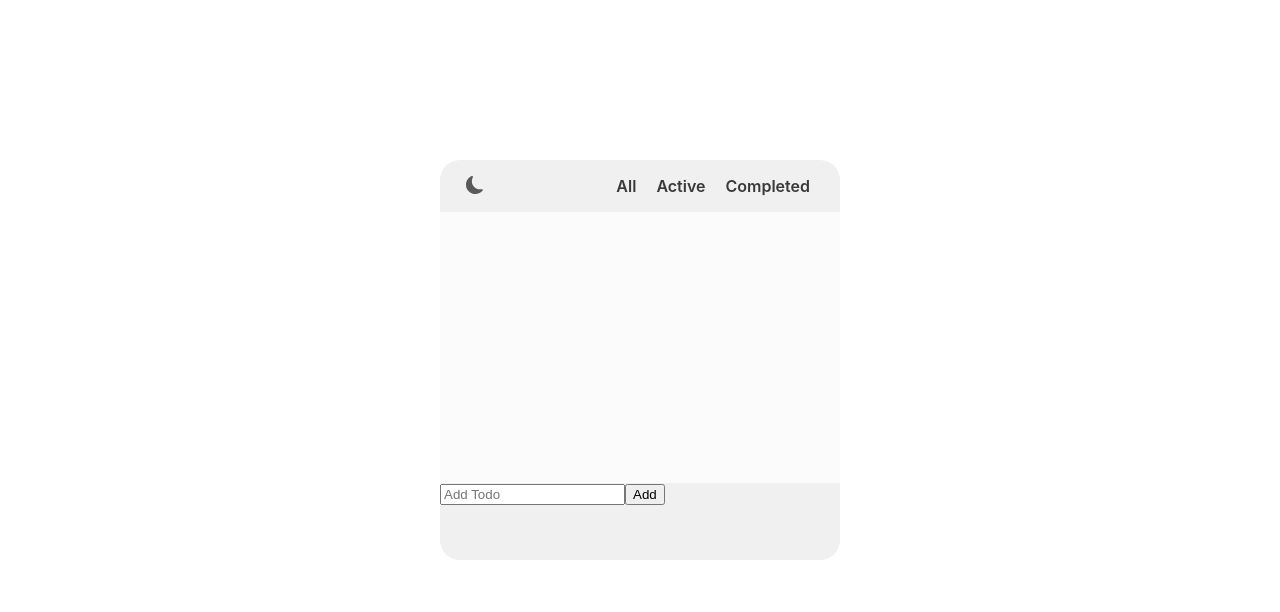
Repository: momo0170/react_todolist
Page: /
These files come from the project's save history. The page is drawn as it stood at one moment and after the next save; the edit follows.
The browser window is 1280 px wide. The pictures show the whole page.
The project was rebuilt for these pictures with package versions that can differ from the ones it lists, and the page was loaded fresh each time. Also part of the build but not shown: src/css/Todo.module.css, src/components/Todo.jsx.

Above is the page before, as saved 2022-11-02 12:55:53.

### src/index.css
body {
  margin: 0;
  font-family: -apple-system, BlinkMacSystemFont, 'Segoe UI', 'Roboto', 'Oxygen',
    'Ubuntu', 'Cantarell', 'Fira Sans', 'Droid Sans', 'Helvetica Neue',
    sans-serif;
  -webkit-font-smoothing: antialiased;
  -moz-osx-font-smoothing: grayscale;
  height: 100vh;
  display: flex;
  justify-content: center;
  align-items: center;
}

code {
  font-family: source-code-pro, Menlo, Monaco, Consolas, 'Courier New',
    monospace;
}

### src/App.jsx
import styles from './App.module.css';
import { BsMoonFill, BsSun } from 'react-icons/bs';
import { useEffect, useRef, useState } from 'react';
import Todo from './components/Todo';

function App() {
  const [todos, setTodos] = useState([]);
  const onSubmit = (e) => {
    console.log(e);
    e.preventDefault();
    if (e.target[0].value !== '') {
      setTodos([...todos, { id: todos.length + 1, name: e.target[0].value }]);
      e.target[0].value = '';
    }
  };

  const onChange = (e) => {
    console.log(e.target.value);
  };
  const onDelete = (targetId) => {
    setTodos((prev) => prev.filter((todo) => todo.id !== targetId));
  };

  console.log(todos);

  return (
    <div className={styles.container}>
      <header className={styles.header}>
        <button className={styles.modeBtn}>
          <BsMoonFill size="18" color="#595959" />
        </button>
        <ul className={styles.filter}>
          <li>All</li>
          <li>Active</li>
          <li>Completed</li>
        </ul>
      </header>
      <main className={styles.main}>
        {todos.map((todo) => (
          <li className={styles.list} key={todo.id}>
            <Todo todo={todo} onDelete={onDelete} />
          </li>
        ))}
      </main>
      <footer className={styles.footer}>
        <form className={styles.form} onSubmit={onSubmit}>
          <input
            type="text"
            placeholder="Add Todo"
            className={styles.input}
            onChange={onChange}
          />
          <button className={styles.addBtn}>Add</button>
        </form>
      </footer>
    </div>
  );
}

export default App;

### src/App.module.css
.container {
  display: flex;
  flex-direction: column;

  border-radius: 20px;
  width: 400px;
  height: 400px;
}

.header {
  display: flex;
  background-color: #f0f0f0;
  border-radius: 20px 20px 0 0;
  justify-content: space-between;
  padding: 0 20px;
}
.modeBtn {
  border: 0;
  background-color: transparent;
}
.filter {
  list-style: none;
  display: flex;
  padding: 0;
}
.filter li {
  margin: 0 10px;
  cursor: pointer;
  font-weight: 600;
  color: #393939;
}

.main {
  flex: 1 1 70%;
  background-color: #fbfbfb;
}

.footer {
  flex: 1 1 20%;
  background-color: #f0f0f0;
  border-radius: 0 0 20px 20px;
}

Loaded but not shown: public/index.html (common file); src/index.js (common file); src/reportWebVitals.js (common file)

After the next save:
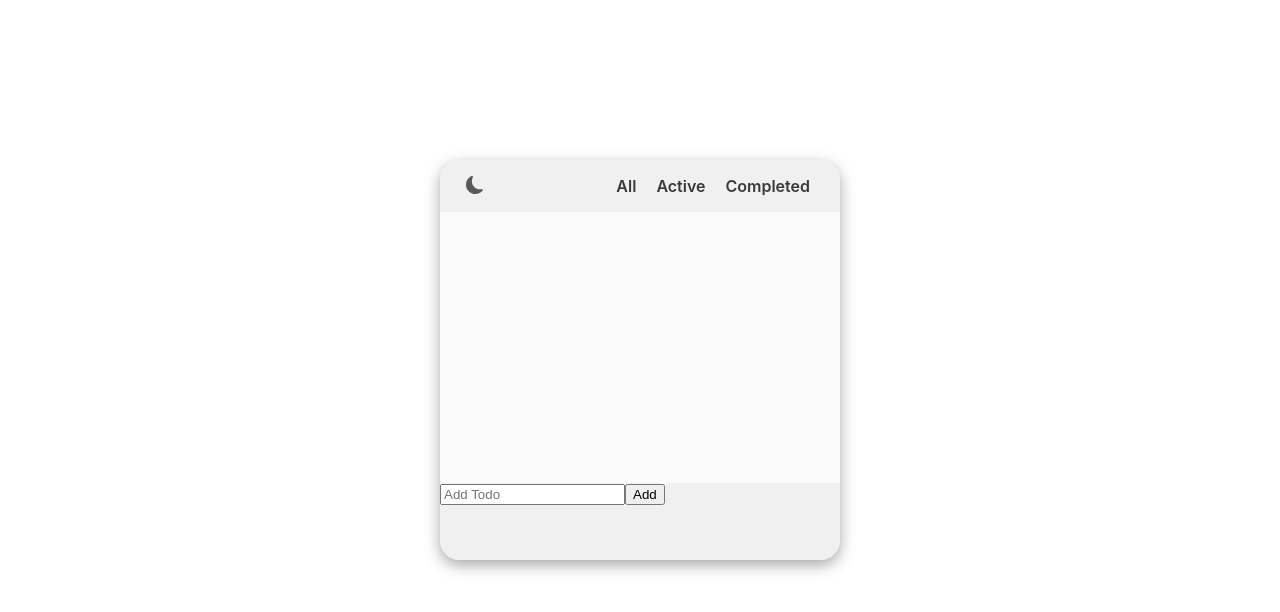
Saved 43 s later.
--- a/src/App.module.css
+++ b/src/App.module.css
@@ -1,10 +1,10 @@
 .container {
   display: flex;
   flex-direction: column;
-
   border-radius: 20px;
   width: 400px;
   height: 400px;
+  box-shadow: rgba(0, 0, 0, 0.35) 0px 5px 15px;
 }
 
 .header {
